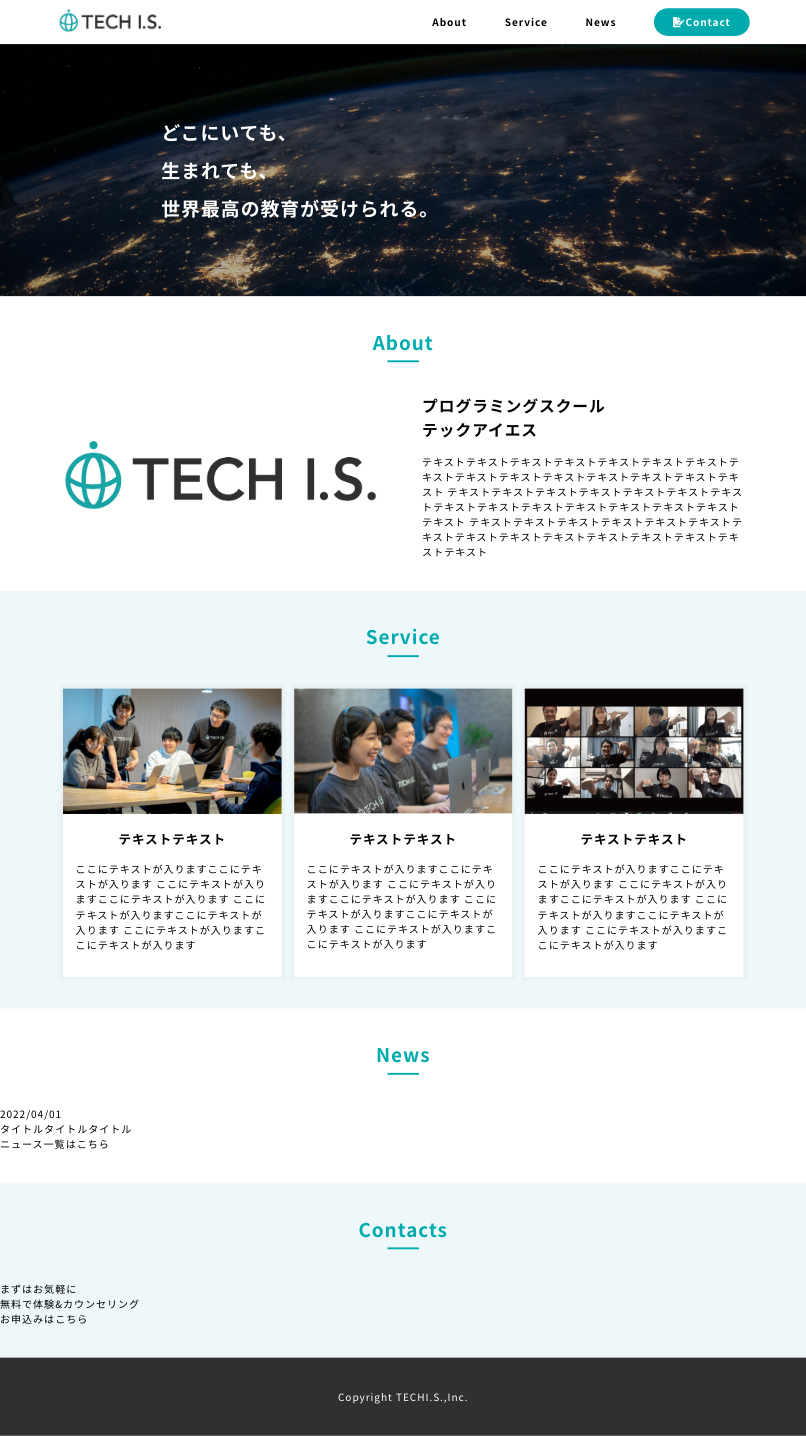
Repository: ryunoesta/lp-techis
Page: indx.html
These files come from the project's save history. The page is drawn as it stood at one moment and after the next save; the edit follows.
The browser window is 1280 px wide. The pictures show the whole page, at 63% of full size.

Above is the page before, as saved 2022-06-19 22:55:00.

After the next save:
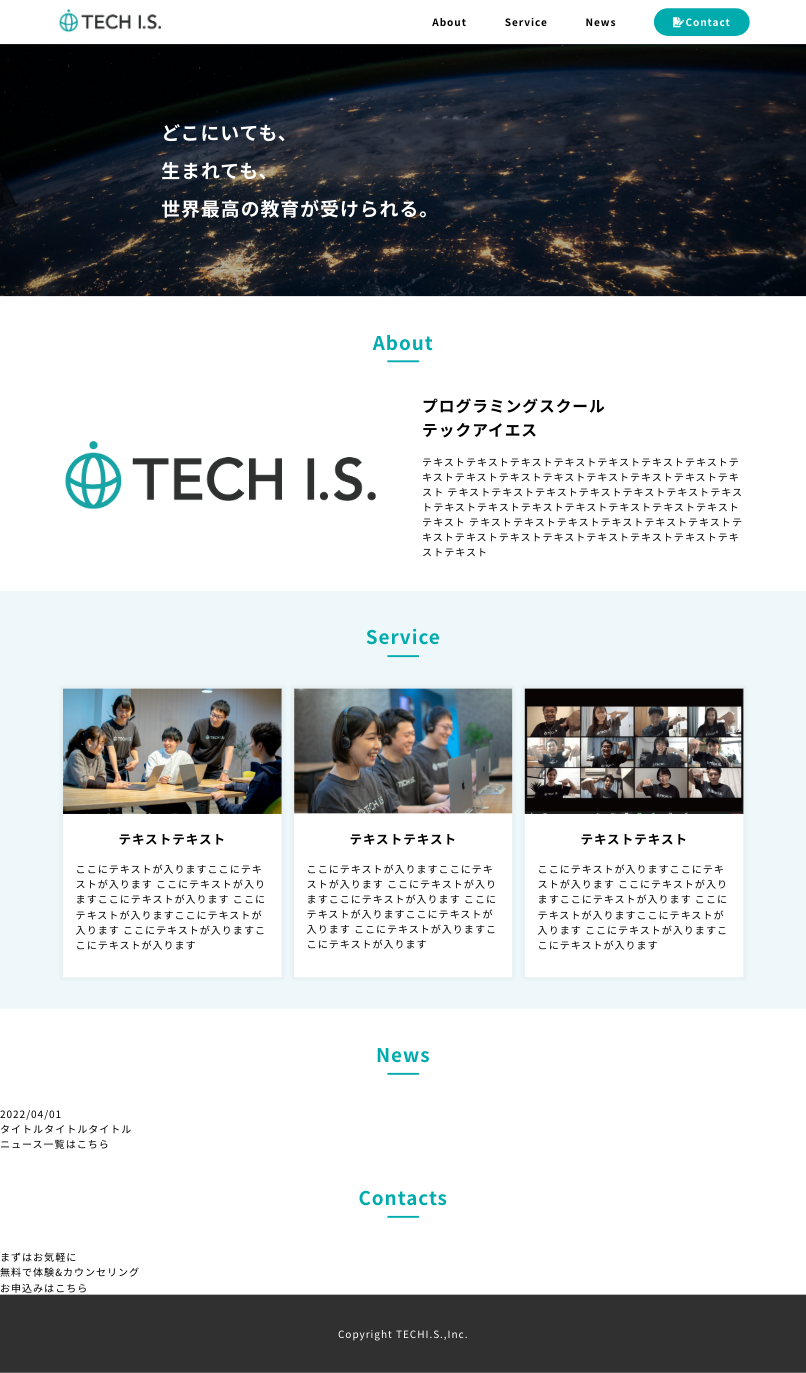
Saved 10 s later.
--- a/CSS/style.css
+++ b/CSS/style.css
@@ -178,6 +178,8 @@
 
 }
 
+.front-news__article
+
 
 /* contact */
 .front-contact {

After the save that followed:
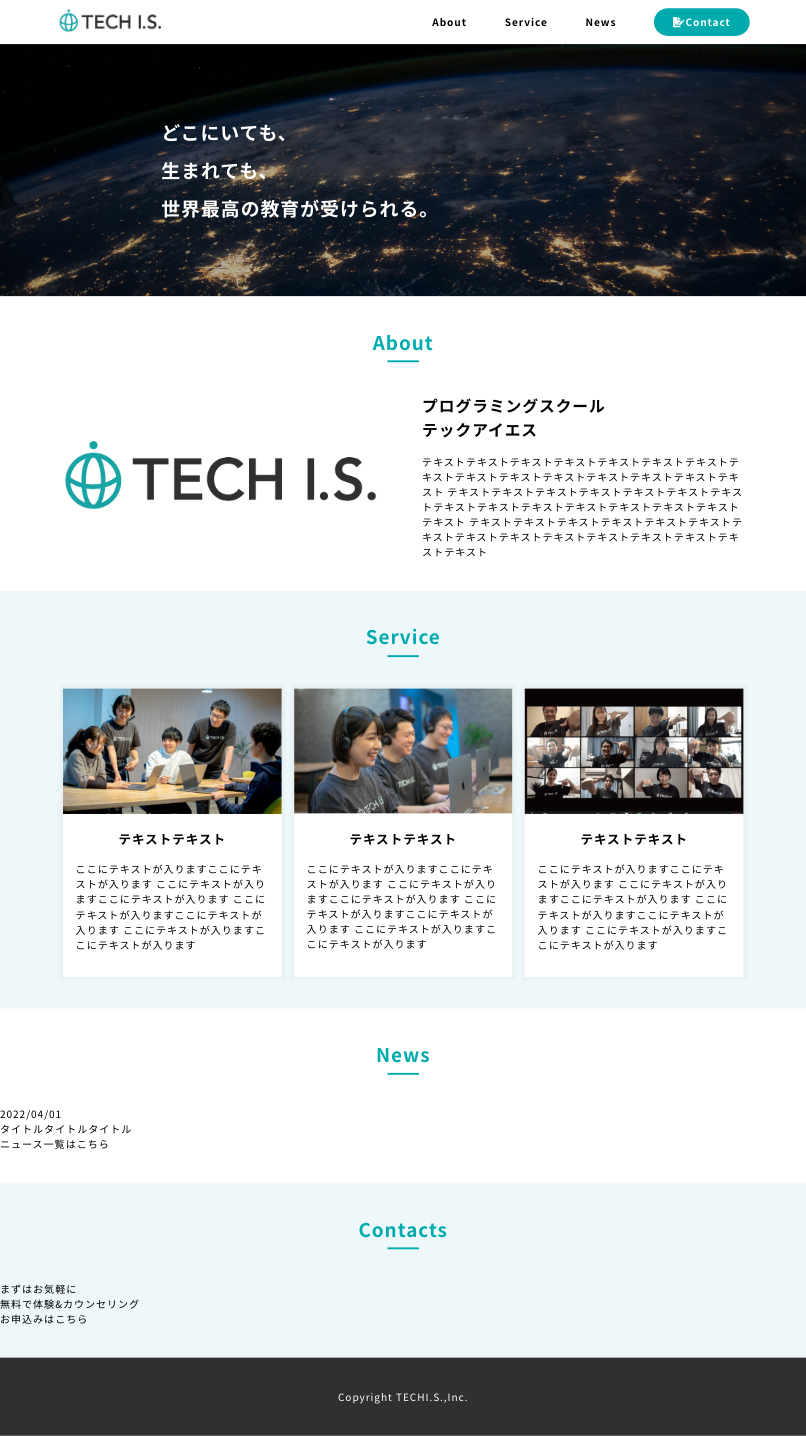
Saved 4 s later.
--- a/CSS/style.css
+++ b/CSS/style.css
@@ -178,7 +178,9 @@
 
 }
 
-.front-news__article
+.front-news__article {
+
+}
 
 
 /* contact */
